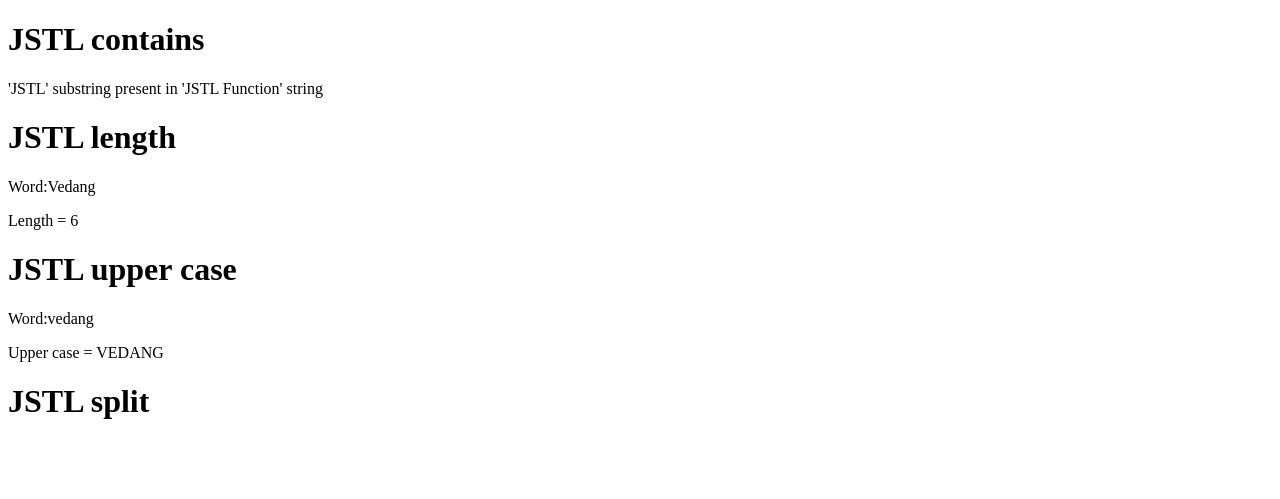
Repository: vedang03/servlet-jsp
Page: http://localhost/07-JSTL-functions/test.jsp
The author's editor kept a copy of each file at every save. The page is drawn from the files as they stood at one save, then again after the next save.
The browser window is 1280 px wide. The pictures show the whole page.
The page is served by Tomcat 9.

Above is the page before, as saved 2023-10-12 17:43:06.

After the next save:
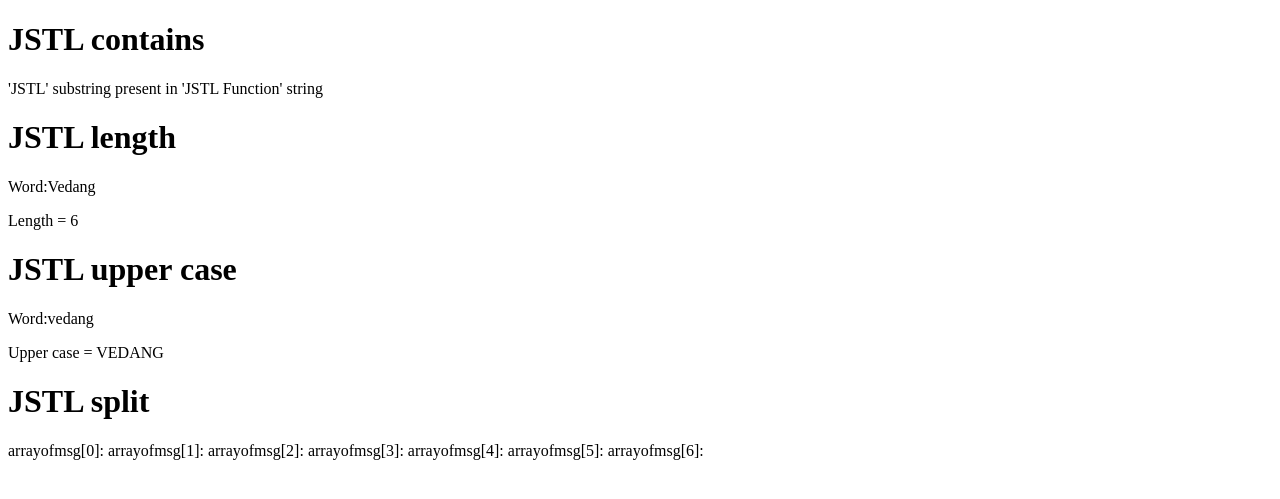
Saved 70 s later.
--- a/07-JSTL-functions/WebContent/test.jsp
+++ b/07-JSTL-functions/WebContent/test.jsp
@@ -30,6 +30,8 @@ Upper case =  ${fn:toUpperCase(str)}
 <h1>JSTL split</h1>
 <c:set var="str" value="JSTL example of split"></c:set>
 <c:set var="split" value="${fn:split(str,' ')} "></c:set>
-<c:forEach var="x" begin="0" end="6"></c:forEach>
+<c:forEach var="x" begin="0" end="6">
+arrayofmsg[${x}]:${arrayofmsg[x]}
+</c:forEach>
 </body>
 </html>
